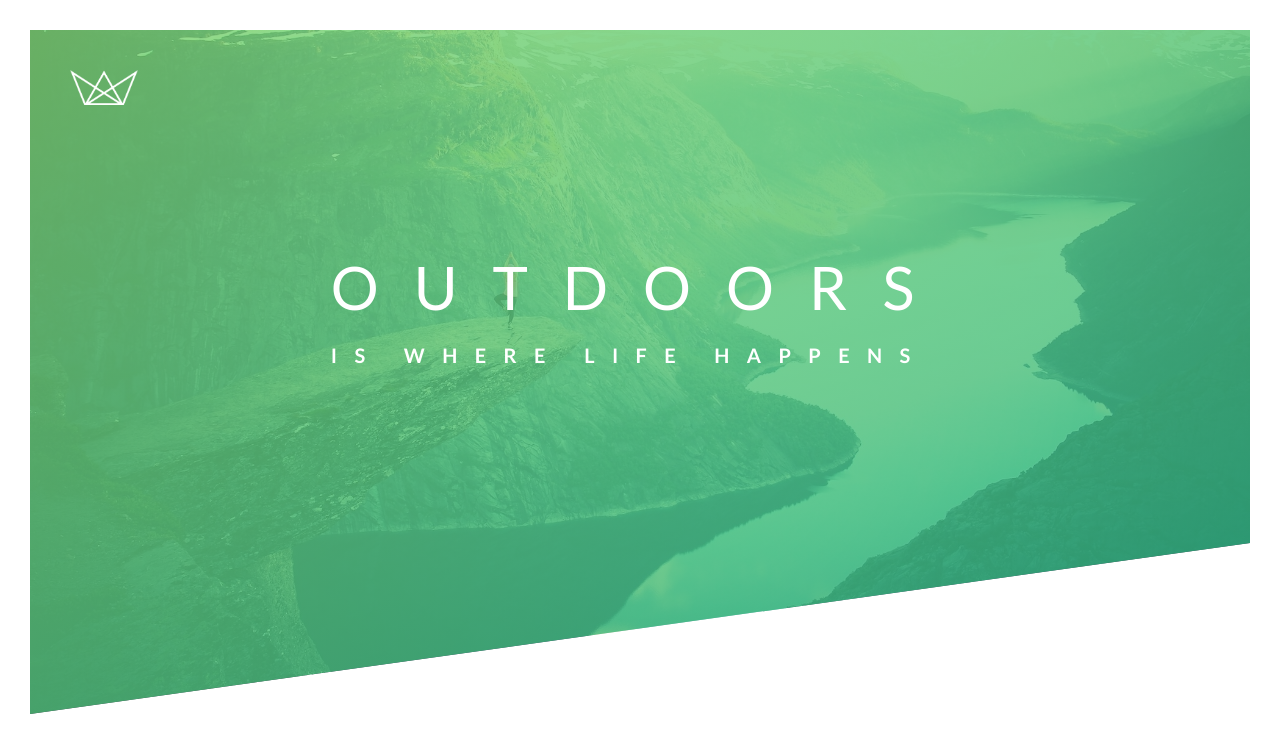
Repository: taivuong95/natours-fe
Page: index.html
The author's editor kept a copy of each file at every save. The page is drawn from the files as they stood at one save, then again after the next save.
The browser window is 1280 px wide. The pictures show the whole page.

Above is the page before, as saved 2020-12-09 16:03:40.

### index.html
<!DOCTYPE html>
<html lang="en">
    <head>
        <meta charset="UTF-8">
        <meta name="viewport" content="width=device-width, initial-scale=1.0">

        <link href="https://fonts.googleapis.com/css?family=Lato:100,300,400,700,900" rel="stylesheet">

        <link rel="stylesheet" href="css/icon-font.css">
        <link rel="stylesheet" href="css/style.css">
        <link rel="shortcut icon" type="image/png" href="img/favicon.png">

        <title>Natours | Exciting tours for adventurous people</title>
    </head>
    <body>
        <header class="header">
           <div class="logo-box">
               <img src="img/logo-white.png" alt="" class="logo">
           </div>
           <div class="text-box">
            <h1 class="heading-primary">
                <span class="heading-primary-main">Outdoors</span>
                <span class="heading-primary-sub">is where life happens</span>
            </h1>
           </div>
        </header>

    </body>
</html>

### css/icon-font.css
@charset "UTF-8";

@font-face {
  font-family: "linea-basic-10";
  src:url("fonts/linea-basic-10.eot");
  src:url("fonts/linea-basic-10.eot?#iefix") format("embedded-opentype"),
    url("fonts/linea-basic-10.woff") format("woff"),
    url("fonts/linea-basic-10.ttf") format("truetype"),
    url("fonts/linea-basic-10.svg#linea-basic-10") format("svg");
  font-weight: normal;
  font-style: normal;

}

[data-icon]:before {
  font-family: "linea-basic-10" !important;
  content: attr(data-icon);
  font-style: normal !important;
  font-weight: normal !important;
  font-variant: normal !important;
  text-transform: none !important;
  speak: none;
  line-height: 1;
  -webkit-font-smoothing: antialiased;
  -moz-osx-font-smoothing: grayscale;
}

[class^="icon-"]:before,
[class*=" icon-"]:before {
  font-family: "linea-basic-10" !important;
  font-style: normal !important;
  font-weight: normal !important;
  font-variant: normal !important;
  text-transform: none !important;
  speak: none;
  line-height: 1;
  -webkit-font-smoothing: antialiased;
  -moz-osx-font-smoothing: grayscale;
}

.icon-basic-accelerator:before {
  content: "a";
}
.icon-basic-alarm:before {
  content: "b";
}
.icon-basic-anchor:before {
  content: "c";
}
.icon-basic-anticlockwise:before {
  content: "d";
}
.icon-basic-archive:before {
  content: "e";
}
.icon-basic-archive-full:before {
  content: "f";
}
.icon-basic-ban:before {
  content: "g";
}
.icon-basic-battery-charge:before {
  content: "h";
}
.icon-basic-battery-empty:before {
  content: "i";
}
.icon-basic-battery-full:before {
  content: "j";
}
.icon-basic-battery-half:before {
  content: "k";
}
.icon-basic-bolt:before {
  content: "l";
}
.icon-basic-book:before {
  content: "m";
}
.icon-basic-book-pen:before {
  content: "n";
}
.icon-basic-book-pencil:before {
  content: "o";
}
.icon-basic-bookmark:before {
  content: "p";
}
.icon-basic-calculator:before {
  content: "q";
}
.icon-basic-calendar:before {
  content: "r";
}
.icon-basic-cards-diamonds:before {
  content: "s";
}
.icon-basic-cards-hearts:before {
  content: "t";
}
.icon-basic-case:before {
  content: "u";
}
.icon-basic-chronometer:before {
  content: "v";
}
.icon-basic-clessidre:before {
  content: "w";
}
.icon-basic-clock:before {
  content: "x";
}
.icon-basic-clockwise:before {
  content: "y";
}
.icon-basic-cloud:before {
  content: "z";
}
.icon-basic-clubs:before {
  content: "A";
}
.icon-basic-compass:before {
  content: "B";
}
.icon-basic-cup:before {
  content: "C";
}
.icon-basic-diamonds:before {
  content: "D";
}
.icon-basic-display:before {
  content: "E";
}
.icon-basic-download:before {
  content: "F";
}
.icon-basic-exclamation:before {
  content: "G";
}
.icon-basic-eye:before {
  content: "H";
}
.icon-basic-eye-closed:before {
  content: "I";
}
.icon-basic-female:before {
  content: "J";
}
.icon-basic-flag1:before {
  content: "K";
}
.icon-basic-flag2:before {
  content: "L";
}
.icon-basic-floppydisk:before {
  content: "M";
}
.icon-basic-folder:before {
  content: "N";
}
.icon-basic-folder-multiple:before {
  content: "O";
}
.icon-basic-gear:before {
  content: "P";
}
.icon-basic-geolocalize-01:before {
  content: "Q";
}
.icon-basic-geolocalize-05:before {
  content: "R";
}
.icon-basic-globe:before {
  content: "S";
}
.icon-basic-gunsight:before {
  content: "T";
}
.icon-basic-hammer:before {
  content: "U";
}
.icon-basic-headset:before {
  content: "V";
}
.icon-basic-heart:before {
  content: "W";
}
.icon-basic-heart-broken:before {
  content: "X";
}
.icon-basic-helm:before {
  content: "Y";
}
.icon-basic-home:before {
  content: "Z";
}
.icon-basic-info:before {
  content: "0";
}
.icon-basic-ipod:before {
  content: "1";
}
.icon-basic-joypad:before {
  content: "2";
}
.icon-basic-key:before {
  content: "3";
}
.icon-basic-keyboard:before {
  content: "4";
}
.icon-basic-laptop:before {
  content: "5";
}
.icon-basic-life-buoy:before {
  content: "6";
}
.icon-basic-lightbulb:before {
  content: "7";
}
.icon-basic-link:before {
  content: "8";
}
.icon-basic-lock:before {
  content: "9";
}
.icon-basic-lock-open:before {
  content: "!";
}
.icon-basic-magic-mouse:before {
  content: "\"";
}
.icon-basic-magnifier:before {
  content: "#";
}
.icon-basic-magnifier-minus:before {
  content: "$";
}
.icon-basic-magnifier-plus:before {
  content: "%";
}
.icon-basic-mail:before {
  content: "&";
}
.icon-basic-mail-multiple:before {
  content: "'";
}
.icon-basic-mail-open:before {
  content: "(";
}
.icon-basic-mail-open-text:before {
  content: ")";
}
.icon-basic-male:before {
  content: "*";
}
.icon-basic-map:before {
  content: "+";
}
.icon-basic-message:before {
  content: ",";
}
.icon-basic-message-multiple:before {
  content: "-";
}
.icon-basic-message-txt:before {
  content: ".";
}
.icon-basic-mixer2:before {
  content: "/";
}
.icon-basic-mouse:before {
  content: ":";
}
.icon-basic-notebook:before {
  content: ";";
}
.icon-basic-notebook-pen:before {
  content: "<";
}
.icon-basic-notebook-pencil:before {
  content: "=";
}
.icon-basic-paperplane:before {
  content: ">";
}
.icon-basic-pencil-ruler:before {
  content: "?";
}
.icon-basic-pencil-ruler-pen:before {
  content: "@";
}
.icon-basic-photo:before {
  content: "[";
}
.icon-basic-picture:before {
  content: "]";
}
.icon-basic-picture-multiple:before {
  content: "^";
}
.icon-basic-pin1:before {
  content: "_";
}
.icon-basic-pin2:before {
  content: "`";
}
.icon-basic-postcard:before {
  content: "{";
}
.icon-basic-postcard-multiple:before {
  content: "|";
}
.icon-basic-printer:before {
  content: "}";
}
.icon-basic-question:before {
  content: "~";
}
.icon-basic-rss:before {
  content: "\\";
}
.icon-basic-server:before {
  content: "\e000";
}
.icon-basic-server2:before {
  content: "\e001";
}
.icon-basic-server-cloud:before {
  content: "\e002";
}
.icon-basic-server-download:before {
  content: "\e003";
}
.icon-basic-server-upload:before {
  content: "\e004";
}
.icon-basic-settings:before {
  content: "\e005";
}
.icon-basic-share:before {
  content: "\e006";
}
.icon-basic-sheet:before {
  content: "\e007";
}
.icon-basic-sheet-multiple:before {
  content: "\e008";
}
.icon-basic-sheet-pen:before {
  content: "\e009";
}
.icon-basic-sheet-pencil:before {
  content: "\e00a";
}
.icon-basic-sheet-txt:before {
  content: "\e00b";
}
.icon-basic-signs:before {
  content: "\e00c";
}
.icon-basic-smartphone:before {
  content: "\e00d";
}
.icon-basic-spades:before {
  content: "\e00e";
}
.icon-basic-spread:before {
  content: "\e00f";
}
.icon-basic-spread-bookmark:before {
  content: "\e010";
}
.icon-basic-spread-text:before {
  content: "\e011";
}
.icon-basic-spread-text-bookmark:before {
  content: "\e012";
}
.icon-basic-star:before {
  content: "\e013";
}
.icon-basic-tablet:before {
  content: "\e014";
}
.icon-basic-target:before {
  content: "\e015";
}
.icon-basic-todo:before {
  content: "\e016";
}
.icon-basic-todo-pen:before {
  content: "\e017";
}
.icon-basic-todo-pencil:before {
  content: "\e018";
}
.icon-basic-todo-txt:before {
  content: "\e019";
}
.icon-basic-todolist-pen:before {
  content: "\e01a";
}
.icon-basic-todolist-pencil:before {
  content: "\e01b";
}
.icon-basic-trashcan:before {
  content: "\e01c";
}
.icon-basic-trashcan-full:before {
  content: "\e01d";
}
.icon-basic-trashcan-refresh:before {
  content: "\e01e";
}
.icon-basic-trashcan-remove:before {
  content: "\e01f";
}
.icon-basic-upload:before {
  content: "\e020";
}
.icon-basic-usb:before {
  content: "\e021";
}
.icon-basic-video:before {
  content: "\e022";
}
.icon-basic-watch:before {
  content: "\e023";
}
.icon-basic-webpage:before {
  content: "\e024";
}
.icon-basic-webpage-img-txt:before {
  content: "\e025";
}
.icon-basic-webpage-multiple:before {
  content: "\e026";
}
.icon-basic-webpage-txt:before {
  content: "\e027";
}
.icon-basic-world:before {
  content: "\e028";
}

### css/style.css
/*
COLORS:

Light green: #7ed56f
Medium green: #55c57a
Dark green: #28b485

*/

* {
  margin: 0;
  padding: 0;
  box-sizing: border-box;
}

body {
  font-family: "Lato", sans-serif;
  font-weight: 400;
  font-size: 16px;
  line-height: 1.7;
  color: #777;
  padding: 30px;
}

.header {
  height: 95vh;
  background-image: linear-gradient(
      to right bottom,
      rgba(126, 213, 111, 0.8),
      rgba(40, 180, 133, 0.8)
    ),
    url(../img/hero.jpg);
  background-size: cover;
  background-position: top;
  clip-path: polygon(0 0, 100% 0, 100% 75%, 0 100%);
  position: relative;
}

.logo-box {
  position: absolute;
  top: 40px;
  left: 40px;
}

.logo {
  height: 35px;
}

.text-box {
  position: absolute;
  top: 40%;
  left: 50%;
  transform: translate(-50%, -50%);
}

.heading-primary {
  color: #fff;
  text-transform: uppercase;

  backface-visibility: hidden;
}

.heading-primary-main {
  display: block;
  font-size: 60px;
  font-weight: 400;
  letter-spacing: 35px;

  animation-name: moveInLeft;
  animation-duration: 1s;
  animation-timing-function: ease-out;

  /* animation-iteration-count: 3; */
  /* animation-delay: 3s; */
}

.heading-primary-sub {
  display: block;
  font-size: 20px;
  font-weight: 700;
  letter-spacing: 17.4px;

  animation: moveInRight 1s ease-out;
}

@keyframes moveInLeft {
  0% {
    opacity: 0;
    transform: translateX(-100px);
  }
  80% {
    transform: translateX(10px);
  }
  100% {
    opacity: 1;
    transform: translate(0);
  }
}

@keyframes moveInRight {
  0% {
    opacity: 0;
    transform: translateX(100px);
  }
  80% {
    transform: translateX(-10px);
  }
  100% {
    opacity: 1;
    transform: translate(0);
  }
}

After the next save:
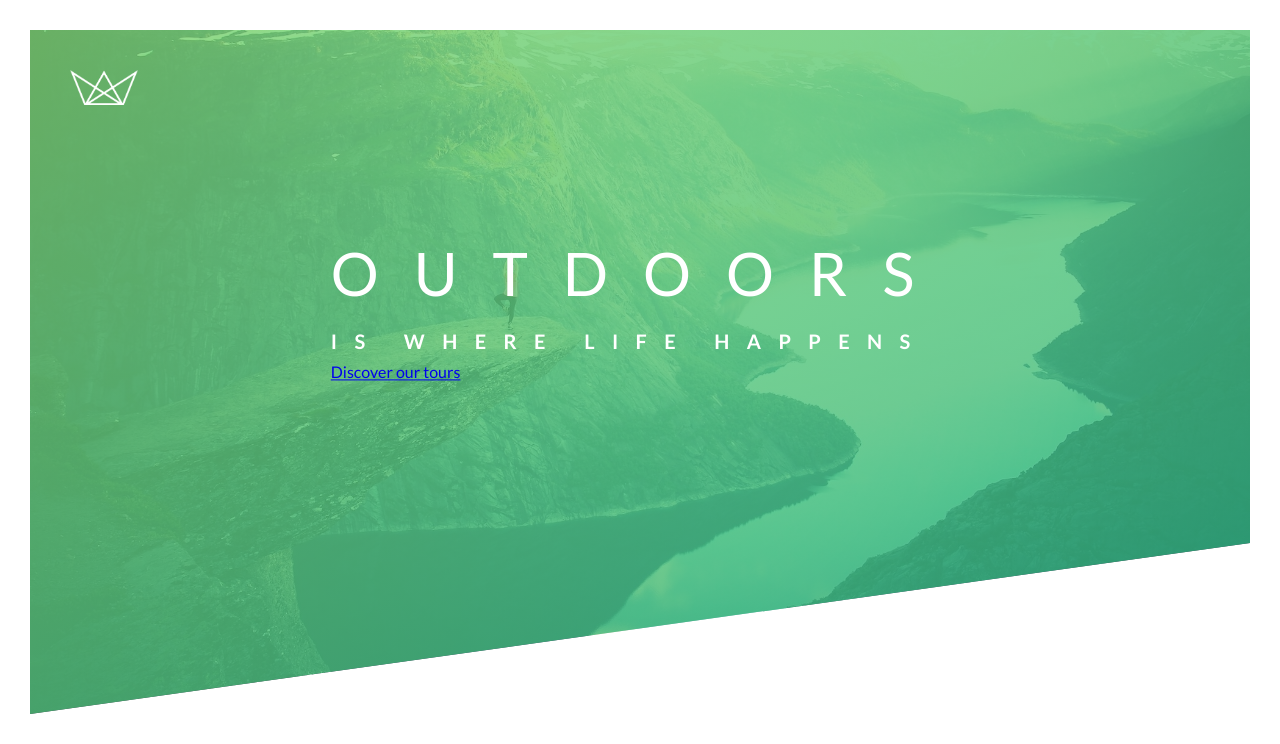
Saved 3 min 33 s later.
--- a/index.html
+++ b/index.html
@@ -22,6 +22,7 @@
                 <span class="heading-primary-main">Outdoors</span>
                 <span class="heading-primary-sub">is where life happens</span>
             </h1>
+            <a href="#" class="btn btn-white">Discover our tours</a>
            </div>
         </header>
 
